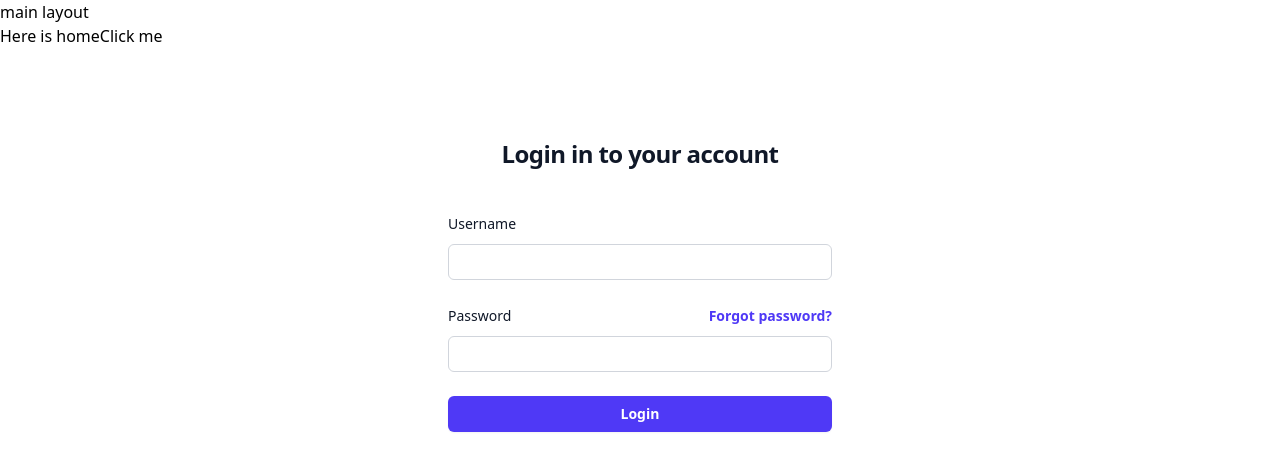
Repository: fuad303/karokhy-frontend
Page: /
An editor plug-in stored every save of this project. The page is shown before and after the next save, followed by the edit.
The browser window is 1280 px wide. The pictures show the whole page.
The project was rebuilt for these pictures with package versions that can differ from the ones it lists, and the page was loaded fresh each time. Also part of the build but not shown: vite.config.ts, src/layouts/AuthLayout.tsx.

Above is the page before, as saved 2025-12-08 12:32:27.

After the next save:
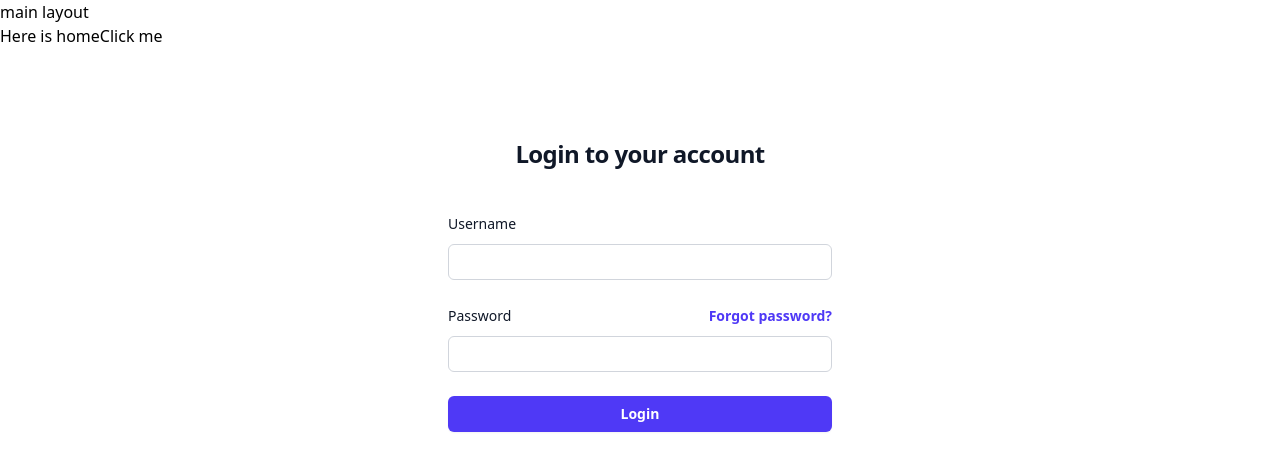
Saved 12 s later.
--- a/src/components/LoginPage.tsx
+++ b/src/components/LoginPage.tsx
@@ -6,7 +6,7 @@ function LoginPage() {
       <div className="flex min-h-full flex-col justify-center px-6 py-12 lg:px-8">
         <div className="sm:mx-auto sm:w-full sm:max-w-sm">
           <h2 className="mt-10 text-center text-2xl/9 font-bold tracking-tight text-gray-900 white:text-black">
-            Login in to your account
+            Login to your account
           </h2>
         </div>
 
